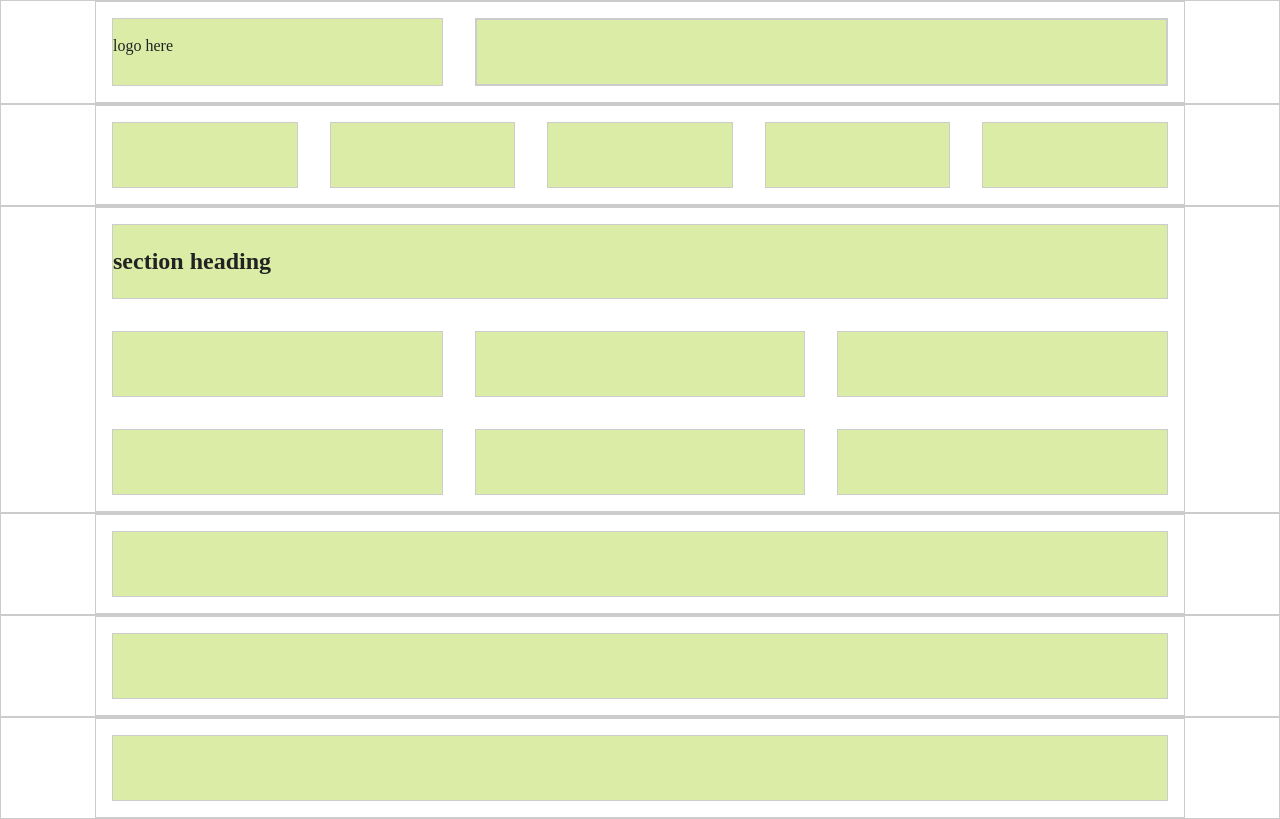
Repository: AlexBCIT/metrolicspractice
Page: index.html
An editor plug-in stored every save of this project. The page is shown before and after the next save, followed by the edit.
The browser window is 1280 px wide. The pictures show the whole page.

Above is the page before, as saved 2021-01-29 10:37:10.

After the next save:
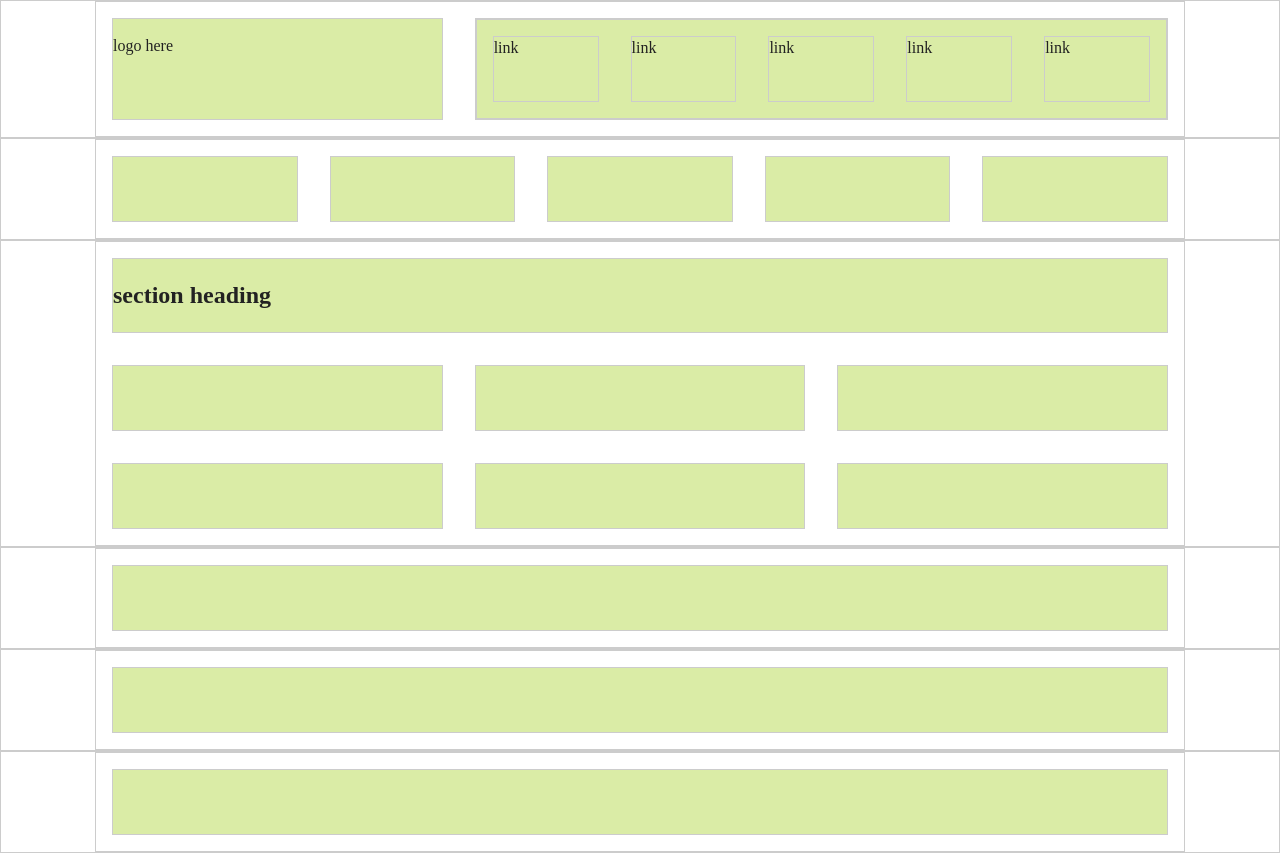
Saved 40 s later.
--- a/index.html
+++ b/index.html
@@ -30,7 +30,13 @@
                 <p>logo here</p>
             </div>
             <div class="column">
-                <div class="sub-row"></div>
+                <div class="sub-row col-5">
+                    <div class="column">link</div>
+                    <div class="column">link</div>
+                    <div class="column">link</div>
+                    <div class="column">link</div>
+                    <div class="column">link</div>
+                </div>
             </div>
         </div>
     </div>
